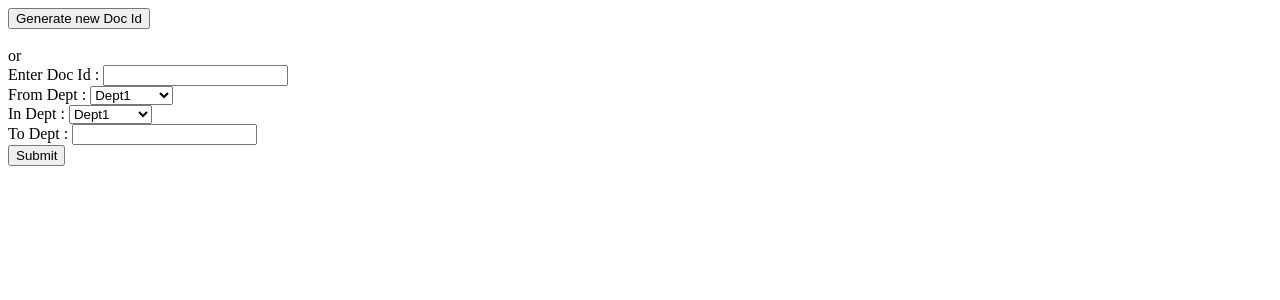
Repository: javaSingh/java
Page: workspace/minor project with inder 7th sem/WebContent/newdocreceived.html
The author's editor kept a copy of each file at every save. The page is drawn from the files as they stood at one save, then again after the next save.
The browser window is 1280 px wide. The pictures show the whole page.

Above is the page before, as saved 2014-10-19 15:42:37.

### workspace/minor project with inder 7th sem/WebContent/newdocreceived.html
<!DOCTYPE html PUBLIC "-//W3C//DTD HTML 4.01 Transitional//EN" "http://www.w3.org/TR/html4/loose.dtd">
<html>
<head>
<meta http-equiv="Content-Type" content="text/html; charset=ISO-8859-1">
<title>Insert title here</title>
</head>
<body>
<script>
function fun()
{

	}
</script>

<form action='Serv3'>
<input type='submit'value='Generate new Doc Id'></input>
</form>
<br>
or
<br>
<form action='Serv1'>
Enter Doc Id : <input type='number' name='docid' required autofoucs></input><br>
From Dept : <select name='fromdept'>
  <option value="Dept1">Dept1</option>
  <option value="Dept2">Dept2</option>
  <option value="Dept3">Dept3</option>
  <option value="Dept4">Dept4</option>
  <option value="Reception">Reception</option>
  <option value="Staff">Staff</option>
  <option value="Student">Student</option>
</select><br>
In Dept : <select name='indept'>
  <option value="Dept1">Dept1</option>
  <option value="Dept2">Dept2</option>
  <option value="Dept3">Dept3</option>
  <option value="Dept4">Dept4</option>
  <option value="Reception">Reception</option>
</select><br>
To Dept : <input type='text' name='todept'  ></input><br>
<input type='submit'></input>


</form>

</body>
</html>

After the next save:
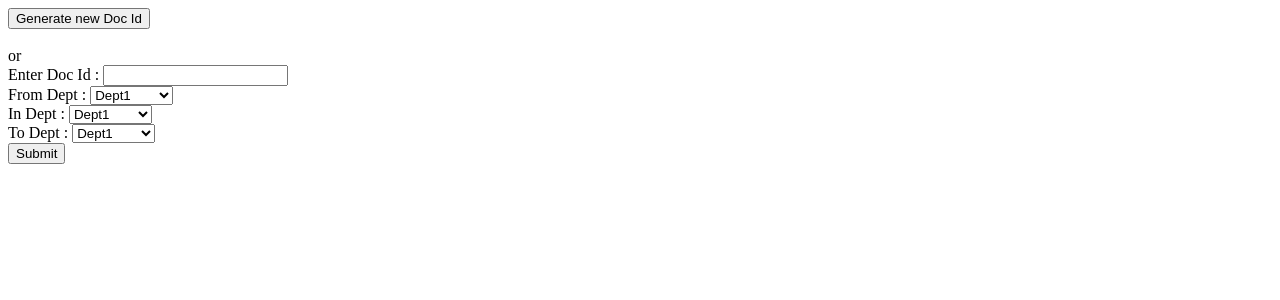
Saved 22 s later.
--- a/workspace/minor project with inder 7th sem/WebContent/newdocreceived.html
+++ b/workspace/minor project with inder 7th sem/WebContent/newdocreceived.html
@@ -36,7 +36,13 @@ In Dept : <select name='indept'>
   <option value="Dept4">Dept4</option>
   <option value="Reception">Reception</option>
 </select><br>
-To Dept : <input type='text' name='todept'  ></input><br>
+To Dept : <select name='todept'>
+  <option value="Dept1">Dept1</option>
+  <option value="Dept2">Dept2</option>
+  <option value="Dept3">Dept3</option>
+  <option value="Dept4">Dept4</option>
+  <option value="Reception">Reception</option>
+</select><br>
 <input type='submit'></input>
 
 
